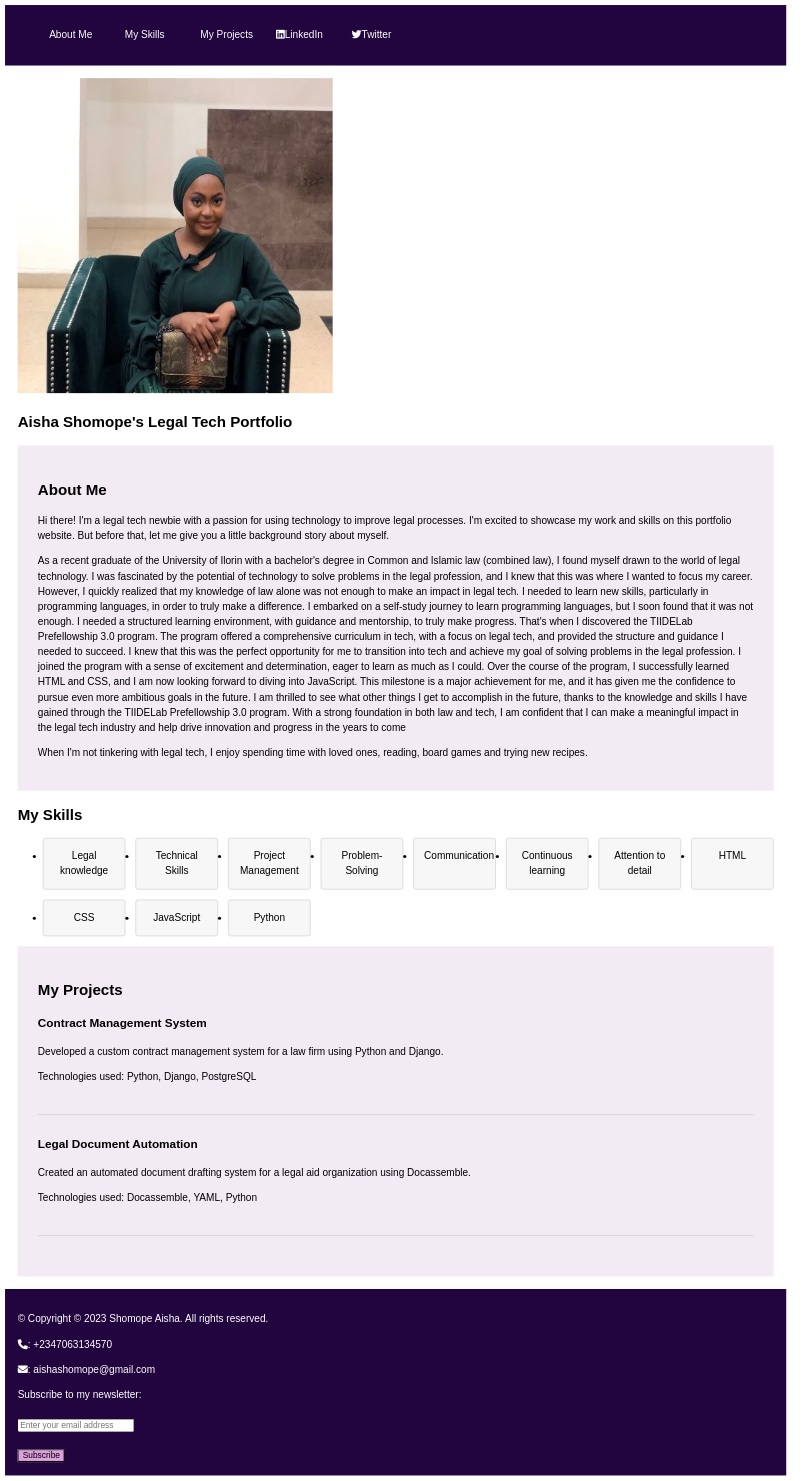
Repository: Iyewande/AishasPortfolio
Page: Index.html
The author's editor kept a copy of each file at every save. The page is drawn from the files as they stood at one save, then again after the next save.
The browser window is 1280 px wide. The pictures show the whole page, at 63% of full size.
Some web libraries are served in a nearby version.

Above is the page before, as saved 2023-05-04 21:02:22.

After the next save:
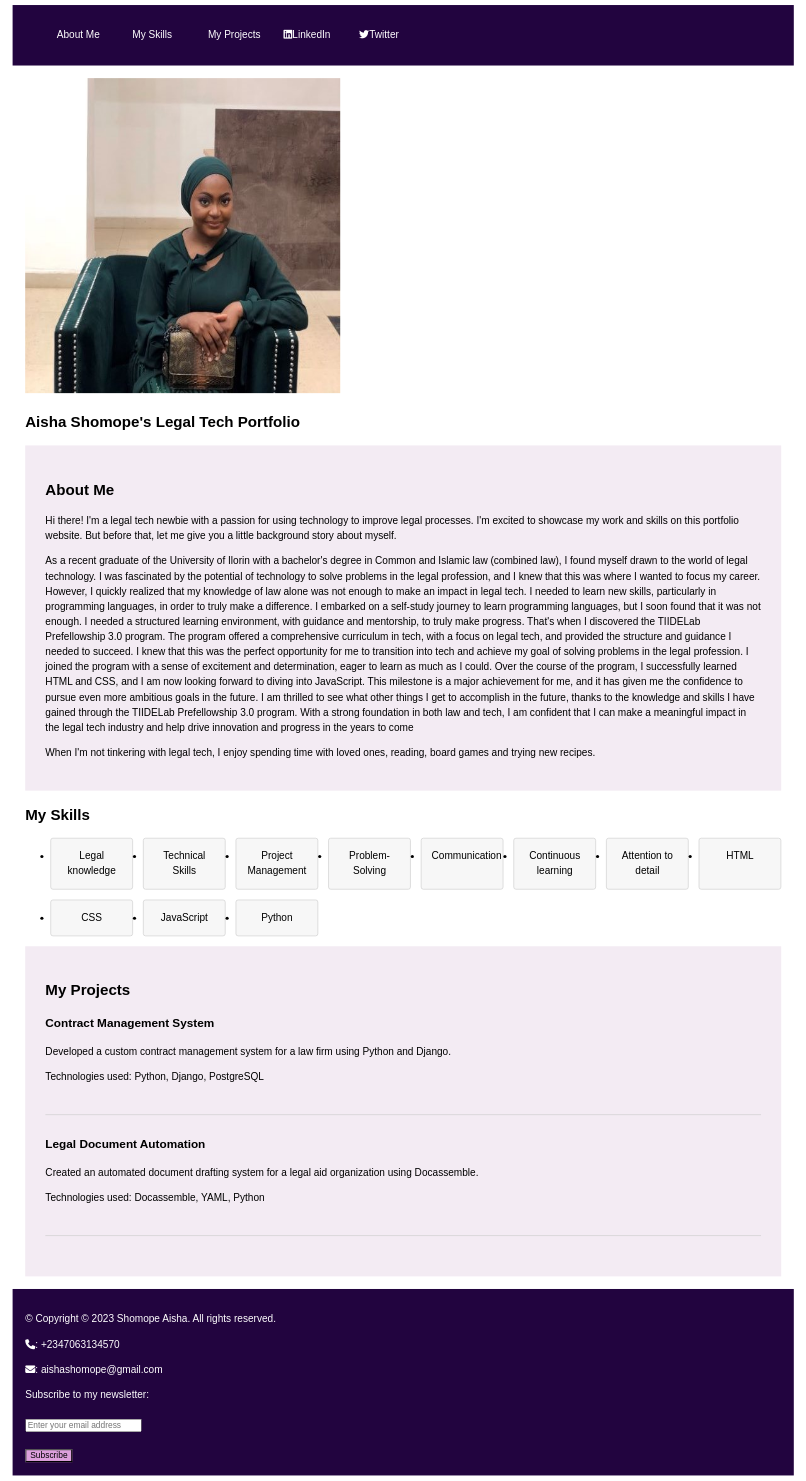
Saved 9 min 43 s later.
--- a/Style.css
+++ b/Style.css
@@ -1,6 +1,10 @@
-
 /* Specific styles */
 
+#landingPage {
+  display: flex;
+  margin: 20px;
+  padding: 20px;
+}
   #about {
     background-color: rgb(243, 235, 243);
     padding: 2em;
@@ -70,7 +74,7 @@ body {
 
 header, main, footer {
     max-width: 1200px;
-    /* margin: 0 auto; */
+    margin: 0 auto;
     padding: 20px;
 }
 
